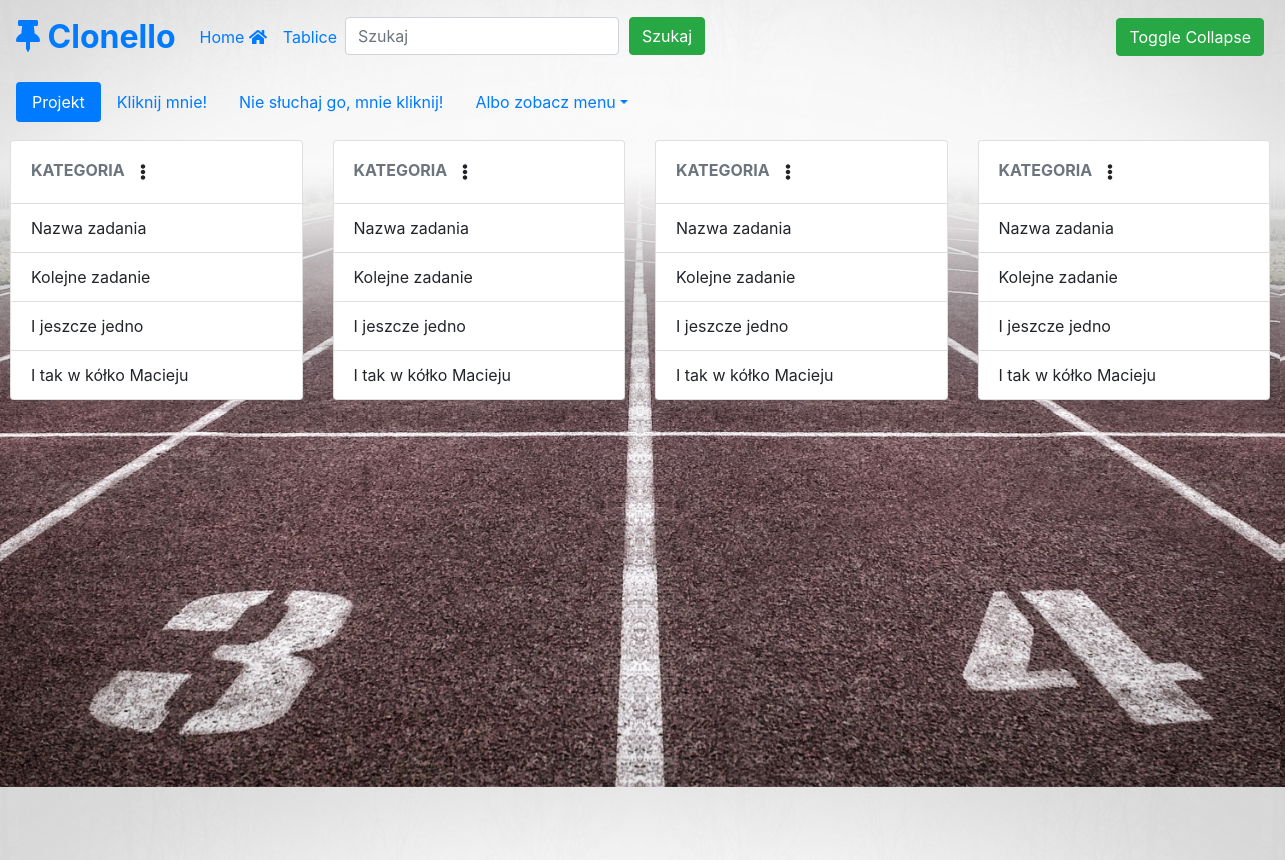
Repository: jnehlt/PAW-lab
Page: / (app in Frontend/clonello/)
An editor plug-in stored every save of this project. The page is shown before and after the next save, followed by the edit.
The browser window is 1280 px wide. The page is 1285 px wide, so the pictures cover 1285 px, including what lies to the right of the window. The pictures show the whole page.
The project was rebuilt for these pictures with package versions that can differ from the ones it lists, and the page was loaded fresh each time.

Above is the page before, as saved 2020-04-24 22:36:52.

### Frontend/clonello/src/main.js
import "@babel/polyfill";
import "mutationobserver-shim";
import Vue from "vue";
import "./plugins/bootstrap-vue";
import App from "./App.vue";
import router from "./router";
import "@fortawesome/fontawesome-free/css/all.css";
import "@fortawesome/fontawesome-free/js/all.js";

Vue.config.productionTip = false;

new Vue({
  router,
  render: h => h(App)
}).$mount("#app");

### Frontend/clonello/src/App.vue
<template>
  <div id="app">
    <topheader></topheader>
    <projectheader></projectheader>

    <div class="row">
        <maincard></maincard>
        <maincard></maincard>
        <maincard></maincard>
        <maincard></maincard>
        <maincard></maincard>
        <maincard></maincard>
        <maincard></maincard>
        <maincard></maincard>
    </div>
    <router-view />
  </div>
</template>

<script>
import TopHeader from "@/components/TopHeader.vue";
import ProjectHeader from "@/components/ProjectHeader.vue";
import MainCard from "@/components/MainCard.vue";

export default {
  components: {
    "topheader": TopHeader,
    "projectheader": ProjectHeader,
    "maincard": MainCard
  }
};
</script>

<style lang="scss">

body {
    background-image: url("../src/assets/running-track-sn-3000x2001.jpg");
    background-size: cover;
    background-position: center;
}

.dropdown-header {
    font-size: larger;
    font-weight: bolder;
}

html, body {
    height: 100%;
}

.list-head {
    font-weight: bolder;
    text-transform: uppercase;
}

.btn {
    margin-left: 2px;
}


.row {
  display: flex;
  flex-wrap: nowrap;
  overflow-x: auto;
  margin-left: -5px;
  margin-right: -5px;
  margin-top: 10px;
  height: 100vh;
}

::-webkit-scrollbar {
  height: 4px;              /* height of horizontal scrollbar ← You're missing this */
  width: 4px;               /* width of vertical scrollbar */
  border: 1px solid #d5d5d5;
  margin-left: -5px;
  margin-right: -5px;
}


</style>

### Frontend/clonello/src/components/TopHeader.vue
<template>
  <div>
    <nav class="navbar navbar-expand-lg">
      <a class="navbar-brand" href="#"><i class="fas fa-thumbtack"></i> Clonello</a>
      <button class="navbar-toggler navbar-dark" type="button" data-toggle="collapse" data-target="#navbarNav" aria-controls="navbarNav" aria-expanded="false" aria-label="Toggle navigation">
          <span class="navbar-toggler-icon"></span>
      </button>
      <div class="collapse navbar-collapse" id="navbarNav">
        <ul class="navbar-nav mr-auto">
          <li class="nav-item">
            <a class="nav-link" href="#">Home <i class="fas fa-home"></i></a>
          </li>
          <li class="nav-item">
            <a class="nav-link" href="#">Tablice</a>
          </li>
          <li class="nav-item">
            <form class="form-inline my-2 my-lg-0">
              <input class="form-control mr-sm-2" type="search" placeholder="Szukaj" aria-label="Search">
              <button class="btn btn-success my-2 my-sm-0" type="submit">Szukaj</button>
            </form>
          </li>
        </ul>
        <ul class="navbar-right navbar-nav">
          <li>
            <b-button v-b-toggle.collapse-1 variant="success">Toggle Collapse</b-button>
            <b-collapse id="collapse-1" class="mt-2">
              <b-card>
                <p class="card-text">Collapse contents Here</p>
                <b-button v-b-toggle.collapse-1-inner size="sm">Toggle Inner Collapse</b-button>
                <b-collapse id="collapse-1-inner" class="mt-2">
                  <b-card>Hello!</b-card>
                </b-collapse>
              </b-card>
            </b-collapse>
          </li>
        </ul>
      </div>
    </nav>
  </div>
  <!-- class="btn btn-success" type="button" data-toggle="collapse" data-target="#collapseAdd" aria-expanded="false" aria-controls="collapseAdd">Dodaj <i class="fas fa-plus"></i>
            </button> -->
</template>

<script>



export default {

};
</script>

<!-- Add "scoped" attribute to limit CSS to this component only -->
<style scoped lang="scss">
.navbar-brand {
    font-weight: bolder;
    font-size: 2em;
}

.navbar {
    background-color: transparent;
}

.navbar-toggler {
    background-color: #4e555b;
}
</style>

### Frontend/clonello/src/components/ProjectHeader.vue
<template>
  <div>
      <div class="navbar navbar-expand-lg">
      <ul class="nav nav-pills nav-fill">
        <li class="nav-item">
          <a class="nav-link active" href="#">Projekt</a>
        </li>
        <li class="nav-item">
          <a class="nav-link" href="#">Kliknij mnie!</a>
        </li>
        <li class="nav-item">
          <a class="nav-link" href="#">Nie słuchaj go, mnie kliknij!</a>
        </li>
        <li class="nav-item dropdown">
          <a class="nav-link dropdown-toggle" data-toggle="dropdown" href="#" role="button" aria-haspopup="true" aria-expanded="false">Albo zobacz menu</a>
          <div class="dropdown-menu">
            <h5 class="dropdown-header">Menu</h5>
            <div class="dropdown-divider"></div>
            <a class="dropdown-item" href="#">No dobra</a>
            <a class="dropdown-item" href="#">Trochę zamieszania</a>
            <a class="dropdown-item" href="#">Dziwnie wyszło</a>
            <a class="dropdown-item" href="#">Ale klinkij tamte</a>
          </div>
        </li>
      </ul>
    </div>
  </div>
</template>

<script>
export default {

}
</script>

<style>
.navbar-brand {
    font-weight: bolder;
    font-size: 2em;
}

.navbar {
    background-color: transparent;
}

.navbar-toggler {
    background-color: #4e555b;
}
</style>

### Frontend/clonello/src/components/MainCard.vue
<template>
        <div class="col-3 col-md-3 col-sm-3">
            <ul class="list-group">
                <li class="list-group-item disabled list-head" aria-disabled="true">Kategoria<button class="btn btn-kropki"><i class="fas fa-ellipsis-v"></i></button></li>
                <li class="list-group-item">Nazwa zadania</li>
                <li class="list-group-item">Kolejne zadanie</li>
                <li class="list-group-item">I jeszcze jedno</li>
                <li class="list-group-item">I tak w kółko Macieju</li>
            </ul>
        </div>

</template>

<script>
export default {

}
</script>

<style>

</style>

### Frontend/clonello/src/views/Home.vue
<template>
  <div class="home"></div>
</template>

<script>
// @ is an alias to /src
export default {
  name: "Home",
  components: {}
};
</script>

Loaded but not shown: Frontend/clonello/public/index.html (common file); Frontend/clonello/src/plugins/bootstrap-vue.js (common file); Frontend/clonello/src/router/index.js (common file)

After the next save:
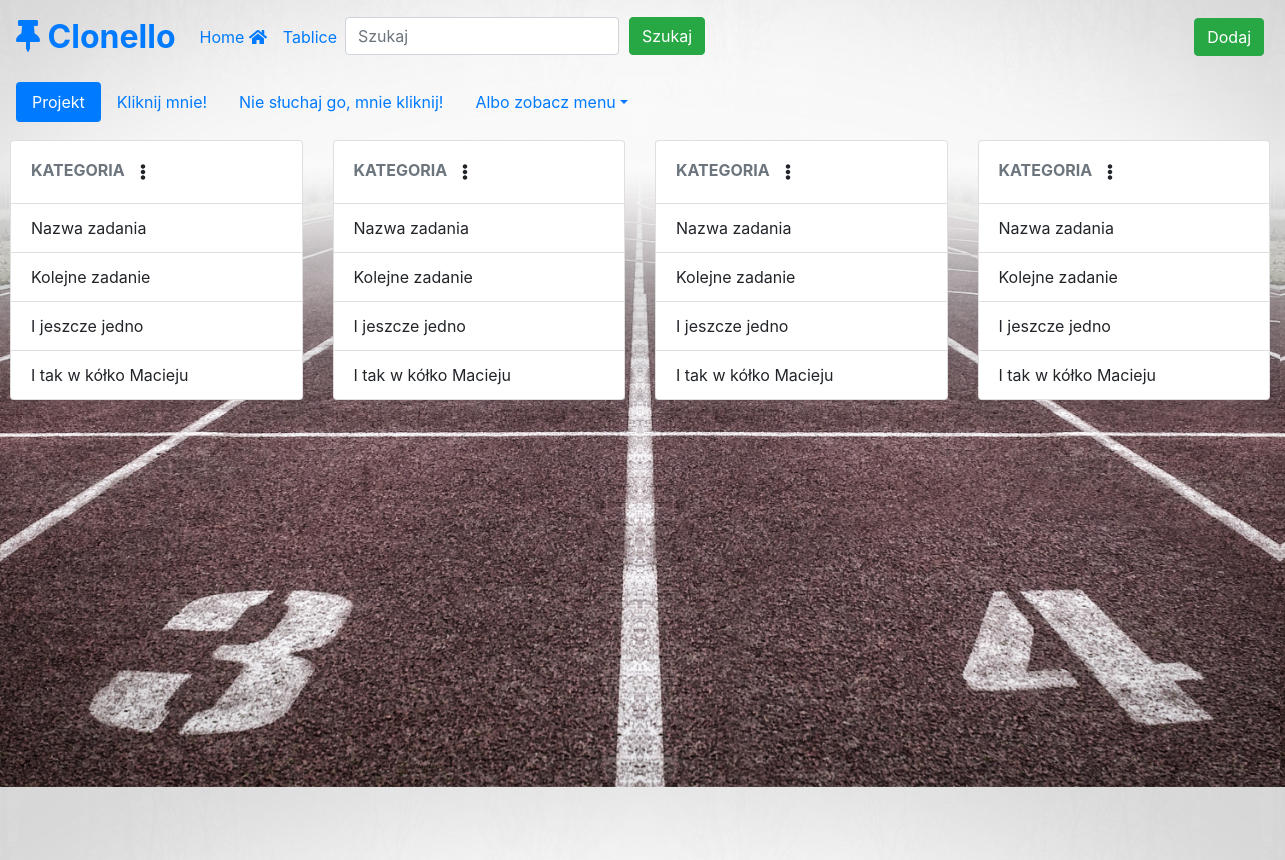
Saved 11 s later.
--- a/Frontend/clonello/src/components/TopHeader.vue
+++ b/Frontend/clonello/src/components/TopHeader.vue
@@ -22,7 +22,7 @@
         </ul>
         <ul class="navbar-right navbar-nav">
           <li>
-            <b-button v-b-toggle.collapse-1 variant="success">Toggle Collapse</b-button>
+            <b-button v-b-toggle.collapse-1 variant="success">Dodaj</b-button>
             <b-collapse id="collapse-1" class="mt-2">
               <b-card>
                 <p class="card-text">Collapse contents Here</p>
